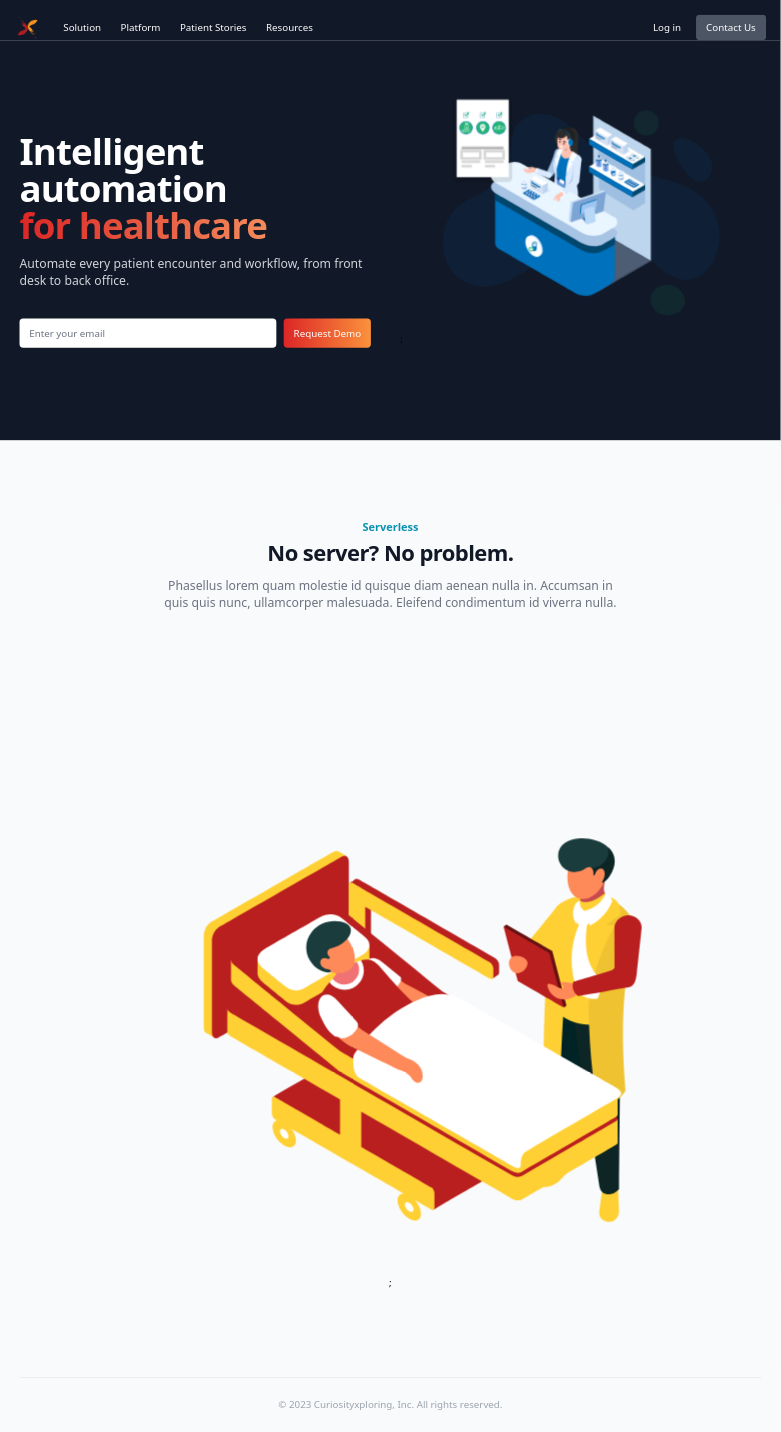
Repository: VinceBrun/medical-web3-app
Page: /
These files come from the project's save history. The page is drawn as it stood at one moment and after the next save; the edit follows.
The browser window is 1280 px wide. The pictures show the whole page, at 61% of full size.
The project was rebuilt for these pictures with package versions that can differ from the ones it lists, and the page was loaded fresh each time. The framework's server and built-in components were replaced by stand-ins that run in the browser. Also part of the build but not shown: next.config.js, styles/Home.module.css.

Above is the page before, as saved 2023-01-12 16:37:25.

### pages/index.js
import Head from "next/head";
import Image from "next/image";
import { Inter } from "@next/font/google";
import styles from "../styles/Home.module.css";
import Landing from "../components/Landing";

const inter = Inter({ subsets: ["latin"] });

export default function Home() {
  return (
    <>
      <Head>
        <title>Medical Records</title>
        <meta
          name="description"
          content="Medical Records kept safe on the blockchain"
        />
        <meta name="viewport" content="width=device-width, initial-scale=1" />
        <link rel="icon" href="/images/favicon.ico" />
      </Head>
      <main className="">
        <Landing />
      </main>
    </>
  );
}

### components/Landing.jsx
import React from "react";
import { Fragment } from "react";
import { Popover, Transition } from "@headlessui/react";
import {
  ArrowPathIcon,
  Bars3Icon,
  CloudArrowUpIcon,
  CogIcon,
  LockClosedIcon,
  ServerIcon,
  ShieldCheckIcon,
  XMarkIcon,
} from "@heroicons/react/24/outline";
import {
  ArrowTopRightOnSquareIcon,
  ChevronRightIcon,
} from "@heroicons/react/20/solid";
import Lottie from "lottie-react";
import medicalanimation from "../public/images/medicalanimation.json";
import medicalpatient from "../public/images/medicalpatient.json";
import onlinemedicalanimation from "../public/images/onlinemedicalanimation.json";

const navigation = [
  { name: "Solution", href: "#" },
  { name: "Platform", href: "#" },
  { name: "Patient Stories", href: "#" },
  { name: "Resources", href: "#" },
];
const features = [
  {
    name: "Push to Deploy",
    description:
      "Ac tincidunt sapien vehicula erat auctor pellentesque rhoncus. Et magna sit morbi vitae lobortis.",
    icon: CloudArrowUpIcon,
  },
  {
    name: "SSL Certificates",
    description:
      "Qui aut temporibus nesciunt vitae dicta repellat sit dolores pariatur. Temporibus qui illum aut.",
    icon: LockClosedIcon,
  },
  {
    name: "Simple Queues",
    description:
      "Rerum quas incidunt deleniti quaerat suscipit mollitia. Amet repellendus ut odit dolores qui.",
    icon: ArrowPathIcon,
  },
  {
    name: "Advanced Security",
    description:
      "Ullam laboriosam est voluptatem maxime ut mollitia commodi. Et dignissimos suscipit perspiciatis.",
    icon: ShieldCheckIcon,
  },
  {
    name: "Powerful API",
    description:
      "Ab a facere voluptatem in quia corrupti veritatis aliquam. Veritatis labore quaerat ipsum quaerat id.",
    icon: CogIcon,
  },
  {
    name: "Database Backups",
    description:
      "Quia qui et est officia cupiditate qui consectetur. Ratione similique et impedit ea ipsum et.",
    icon: ServerIcon,
  },
];
const blogPosts = [
  {
    id: 1,
    title: "Boost your conversion rate",
    href: "#",
    date: "Mar 16, 2020",
    datetime: "2020-03-16",
    category: { name: "Article", href: "#" },
    imageUrl:
      "https://images.unsplash.com/photo-1496128858413-b36217c2ce36?ixlib=rb-1.2.1&ixid=eyJhcHBfaWQiOjEyMDd9&auto=format&fit=crop&w=1679&q=80",
    preview:
      "Lorem ipsum dolor sit amet consectetur adipisicing elit. Architecto accusantium praesentium eius, ut atque fuga culpa, similique sequi cum eos quis dolorum.",
    author: {
      name: "Roel Aufderehar",
      imageUrl:
        "https://images.unsplash.com/photo-1472099645785-5658abf4ff4e?ixlib=rb-1.2.1&ixid=eyJhcHBfaWQiOjEyMDd9&auto=format&fit=facearea&facepad=2&w=256&h=256&q=80",
      href: "#",
    },
    readingLength: "6 min",
  },
  {
    id: 2,
    title: "How to use search engine optimization to drive sales",
    href: "#",
    date: "Mar 10, 2020",
    datetime: "2020-03-10",
    category: { name: "Video", href: "#" },
    imageUrl:
      "https://images.unsplash.com/photo-1547586696-ea22b4d4235d?ixlib=rb-1.2.1&ixid=eyJhcHBfaWQiOjEyMDd9&auto=format&fit=crop&w=1679&q=80",
    preview:
      "Lorem ipsum dolor sit amet consectetur adipisicing elit. Velit facilis asperiores porro quaerat doloribus, eveniet dolore. Adipisci tempora aut inventore optio animi., tempore temporibus quo laudantium.",
    author: {
      name: "Brenna Goyette",
      imageUrl:
        "https://images.unsplash.com/photo-1550525811-e5869dd03032?ixlib=rb-1.2.1&ixid=eyJhcHBfaWQiOjEyMDd9&auto=format&fit=facearea&facepad=2&w=256&h=256&q=80",
      href: "#",
    },
    readingLength: "4 min",
  },
  {
    id: 3,
    title: "Improve your customer experience",
    href: "#",
    date: "Feb 12, 2020",
    datetime: "2020-02-12",
    category: { name: "Case Study", href: "#" },
    imageUrl:
      "https://images.unsplash.com/photo-1492724441997-5dc865305da7?ixlib=rb-1.2.1&ixid=eyJhcHBfaWQiOjEyMDd9&auto=format&fit=crop&w=1679&q=80",
    preview:
      "Lorem ipsum dolor sit amet consectetur adipisicing elit. Sint harum rerum voluptatem quo recusandae magni placeat saepe molestiae, sed excepturi cumque corporis perferendis hic.",
    author: {
      name: "Daniela Metz",
      imageUrl:
        "https://images.unsplash.com/photo-1487412720507-e7ab37603c6f?ixlib=rb-1.2.1&ixid=eyJhcHBfaWQiOjEyMDd9&auto=format&fit=facearea&facepad=2&w=256&h=256&q=80",
      href: "#",
    },
    readingLength: "11 min",
  },
];
const footerNavigation = {
  solutions: [
    { name: "Marketing", href: "#" },
    { name: "Analytics", href: "#" },
    { name: "Commerce", href: "#" },
    { name: "Insights", href: "#" },
  ],
  support: [
    { name: "Pricing", href: "#" },
    { name: "Documentation", href: "#" },
    { name: "Guides", href: "#" },
    { name: "API Status", href: "#" },
  ],
  company: [
    { name: "About", href: "#" },
    { name: "Blog", href: "#" },
    { name: "Jobs", href: "#" },
    { name: "Press", href: "#" },
    { name: "Partners", href: "#" },
  ],
  legal: [
    { name: "Claim", href: "#" },
    { name: "Privacy", href: "#" },
    { name: "Terms", href: "#" },
  ],
  social: [
    {
      name: "Facebook",
      href: "#",
      icon: (props) => (
        <svg fill="currentColor" viewBox="0 0 24 24" {...props}>
          <path
            fillRule="evenodd"
            d="M22 12c0-5.523-4.477-10-10-10S2 6.477 2 12c0 4.991 3.657 9.128 8.438 9.878v-6.987h-2.54V12h2.54V9.797c0-2.506 1.492-3.89 3.777-3.89 1.094 0 2.238.195 2.238.195v2.46h-1.26c-1.243 0-1.63.771-1.63 1.562V12h2.773l-.443 2.89h-2.33v6.988C18.343 21.128 22 16.991 22 12z"
            clipRule="evenodd"
          />
        </svg>
      ),
    },
    {
      name: "Instagram",
      href: "#",
      icon: (props) => (
        <svg fill="currentColor" viewBox="0 0 24 24" {...props}>
          <path
            fillRule="evenodd"
            d="M12.315 2c2.43 0 2.784.013 3.808.06 1.064.049 1.791.218 2.427.465a4.902 4.902 0 011.772 1.153 4.902 4.902 0 011.153 1.772c.247.636.416 1.363.465 2.427.048 1.067.06 1.407.06 4.123v.08c0 2.643-.012 2.987-.06 4.043-.049 1.064-.218 1.791-.465 2.427a4.902 4.902 0 01-1.153 1.772 4.902 4.902 0 01-1.772 1.153c-.636.247-1.363.416-2.427.465-1.067.048-1.407.06-4.123.06h-.08c-2.643 0-2.987-.012-4.043-.06-1.064-.049-1.791-.218-2.427-.465a4.902 4.902 0 01-1.772-1.153 4.902 4.902 0 01-1.153-1.772c-.247-.636-.416-1.363-.465-2.427-.047-1.024-.06-1.379-.06-3.808v-.63c0-2.43.013-2.784.06-3.808.049-1.064.218-1.791.465-2.427a4.902 4.902 0 011.153-1.772A4.902 4.902 0 015.45 2.525c.636-.247 1.363-.416 2.427-.465C8.901 2.013 9.256 2 11.685 2h.63zm-.081 1.802h-.468c-2.456 0-2.784.011-3.807.058-.975.045-1.504.207-1.857.344-.467.182-.8.398-1.15.748-.35.35-.566.683-.748 1.15-.137.353-.3.882-.344 1.857-.047 1.023-.058 1.351-.058 3.807v.468c0 2.456.011 2.784.058 3.807.045.975.207 1.504.344 1.857.182.466.399.8.748 1.15.35.35.683.566 1.15.748.353.137.882.3 1.857.344 1.054.048 1.37.058 4.041.058h.08c2.597 0 2.917-.01 3.96-.058.976-.045 1.505-.207 1.858-.344.466-.182.8-.398 1.15-.748.35-.35.566-.683.748-1.15.137-.353.3-.882.344-1.857.048-1.055.058-1.37.058-4.041v-.08c0-2.597-.01-2.917-.058-3.96-.045-.976-.207-1.505-.344-1.858a3.097 3.097 0 00-.748-1.15 3.098 3.098 0 00-1.15-.748c-.353-.137-.882-.3-1.857-.344-1.023-.047-1.351-.058-3.807-.058zM12 6.865a5.135 5.135 0 110 10.27 5.135 5.135 0 010-10.27zm0 1.802a3.333 3.333 0 100 6.666 3.333 3.333 0 000-6.666zm5.338-3.205a1.2 1.2 0 110 2.4 1.2 1.2 0 010-2.4z"
            clipRule="evenodd"
          />
        </svg>
      ),
    },
    {
      name: "Twitter",
      href: "#",
      icon: (props) => (
        <svg fill="currentColor" viewBox="0 0 24 24" {...props}>
          <path d="M8.29 20.251c7.547 0 11.675-6.253 11.675-11.675 0-.178 0-.355-.012-.53A8.348 8.348 0 0022 5.92a8.19 8.19 0 01-2.357.646 4.118 4.118 0 001.804-2.27 8.224 8.224 0 01-2.605.996 4.107 4.107 0 00-6.993 3.743 11.65 11.65 0 01-8.457-4.287 4.106 4.106 0 001.27 5.477A4.072 4.072 0 012.8 9.713v.052a4.105 4.105 0 003.292 4.022 4.095 4.095 0 01-1.853.07 4.108 4.108 0 003.834 2.85A8.233 8.233 0 012 18.407a11.616 11.616 0 006.29 1.84" />
        </svg>
      ),
    },
    {
      name: "GitHub",
      href: "#",
      icon: (props) => (
        <svg fill="currentColor" viewBox="0 0 24 24" {...props}>
          <path
            fillRule="evenodd"
            d="M12 2C6.477 2 2 6.484 2 12.017c0 4.425 2.865 8.18 6.839 9.504.5.092.682-.217.682-.483 0-.237-.008-.868-.013-1.703-2.782.605-3.369-1.343-3.369-1.343-.454-1.158-1.11-1.466-1.11-1.466-.908-.62.069-.608.069-.608 1.003.07 1.531 1.032 1.531 1.032.892 1.53 2.341 1.088 2.91.832.092-.647.35-1.088.636-1.338-2.22-.253-4.555-1.113-4.555-4.951 0-1.093.39-1.988 1.029-2.688-.103-.253-.446-1.272.098-2.65 0 0 .84-.27 2.75 1.026A9.564 9.564 0 0112 6.844c.85.004 1.705.115 2.504.337 1.909-1.296 2.747-1.027 2.747-1.027.546 1.379.202 2.398.1 2.651.64.7 1.028 1.595 1.028 2.688 0 3.848-2.339 4.695-4.566 4.943.359.309.678.92.678 1.855 0 1.338-.012 2.419-.012 2.747 0 .268.18.58.688.482A10.019 10.019 0 0022 12.017C22 6.484 17.522 2 12 2z"
            clipRule="evenodd"
          />
        </svg>
      ),
    },
    {
      name: "Dribbble",
      href: "#",
      icon: (props) => (
        <svg fill="currentColor" viewBox="0 0 24 24" {...props}>
          <path
            fillRule="evenodd"
            d="M12 2C6.48 2 2 6.48 2 12s4.48 10 10 10c5.51 0 10-4.48 10-10S17.51 2 12 2zm6.605 4.61a8.502 8.502 0 011.93 5.314c-.281-.054-3.101-.629-5.943-.271-.065-.141-.12-.293-.184-.445a25.416 25.416 0 00-.564-1.236c3.145-1.28 4.577-3.124 4.761-3.362zM12 3.475c2.17 0 4.154.813 5.662 2.148-.152.216-1.443 1.941-4.48 3.08-1.399-2.57-2.95-4.675-3.189-5A8.687 8.687 0 0112 3.475zm-3.633.803a53.896 53.896 0 013.167 4.935c-3.992 1.063-7.517 1.04-7.896 1.04a8.581 8.581 0 014.729-5.975zM3.453 12.01v-.26c.37.01 4.512.065 8.775-1.215.25.477.477.965.694 1.453-.109.033-.228.065-.336.098-4.404 1.42-6.747 5.303-6.942 5.629a8.522 8.522 0 01-2.19-5.705zM12 20.547a8.482 8.482 0 01-5.239-1.8c.152-.315 1.888-3.656 6.703-5.337.022-.01.033-.01.054-.022a35.318 35.318 0 011.823 6.475 8.4 8.4 0 01-3.341.684zm4.761-1.465c-.086-.52-.542-3.015-1.659-6.084 2.679-.423 5.022.271 5.314.369a8.468 8.468 0 01-3.655 5.715z"
            clipRule="evenodd"
          />
        </svg>
      ),
    },
  ],
};

export default function Landing() {
  return (
    <div className="bg-white">
      <div className="relative overflow-hidden">
        <Popover as="header" className="relative">
          <div className="bg-gray-900 pt-6">
            <nav
              className="relative mx-auto flex max-w-7xl items-center justify-between px-4 sm:px-6"
              aria-label="Global"
            >
              <div className="flex flex-1 items-center">
                <div className="flex w-full items-center justify-between md:w-auto">
                  <a href="#">
                    <span className="sr-only">Curioosityxploring</span>
                    <img
                      className="h-8 w-auto sm:h-10"
                      src="/images/curiositylogo.png"
                      alt=""
                    />
                  </a>
                  <div className="-mr-2 flex items-center md:hidden">
                    <Popover.Button className="focus-ring-inset inline-flex items-center justify-center rounded-md bg-gray-900 p-2 text-gray-400 hover:bg-gray-800 focus:outline-none focus:ring-2 focus:ring-white">
                      <span className="sr-only">Open main menu</span>
                      <Bars3Icon className="h-6 w-6" aria-hidden="true" />
                    </Popover.Button>
                  </div>
                </div>
                <div className="hidden space-x-8 md:ml-10 md:flex">
                  {navigation.map((item) => (
                    <a
                      key={item.name}
                      href={item.href}
                      className="text-base font-medium text-white hover:text-gray-300"
                    >
                      {item.name}
                    </a>
                  ))}
                </div>
              </div>
              <div className="hidden md:flex md:items-center md:space-x-6">
                <a
                  href="#"
                  className="text-base font-medium text-white hover:text-gray-300"
                >
                  Log in
                </a>
                <a
                  href="#"
                  className="inline-flex items-center rounded-md border border-transparent bg-gray-600 px-4 py-2 text-base font-medium text-white hover:bg-gray-700"
                >
                  Contact Us
                </a>
              </div>
            </nav>
          </div>

          <Transition
            as={Fragment}
            enter="duration-150 ease-out"
            enterFrom="opacity-0 scale-95"
            enterTo="opacity-100 scale-100"
            leave="duration-100 ease-in"
            leaveFrom="opacity-100 scale-100"
            leaveTo="opacity-0 scale-95"
          >
            <Popover.Panel
              focus
              className="absolute inset-x-0 top-0 origin-top transform p-2 transition md:hidden"
            >
              <div className="overflow-hidden rounded-lg bg-white shadow-md ring-1 ring-black ring-opacity-5">
                <div className="flex items-center justify-between px-5 pt-4">
                  <div>
                    <img
                      className="h-8 w-auto"
                      src="/images/curiositylogo.png"
                      alt=""
                    />
                  </div>
                  <div className="-mr-2">
                    <Popover.Button className="inline-flex items-center justify-center rounded-md bg-white p-2 text-gray-400 hover:bg-gray-100 focus:outline-none focus:ring-2 focus:ring-inset focus:ring-cyan-600">
                      <span className="sr-only">Close menu</span>
                      <XMarkIcon className="h-6 w-6" aria-hidden="true" />
                    </Popover.Button>
                  </div>
                </div>
                <div className="pt-5 pb-6">
                  <div className="space-y-1 px-2">
                    {navigation.map((item) => (
                      <a
                        key={item.name}
                        href={item.href}
                        className="block rounded-md px-3 py-2 text-base font-medium text-gray-900 hover:bg-gray-50"
                      >
                        {item.name}
                      </a>
                    ))}
                  </div>
                  <div className="mt-6 px-5">
                    <a
                      href="#"
                      className="block w-full rounded-md bg-gradient-to-r from-orange-500 to-red-800 py-3 px-4 text-center font-medium text-white shadow hover:from-teal-600 hover:to-cyan-700"
                    >
                      Contact Us
                    </a>
                  </div>
                  <div className="mt-6 px-5">
                    <p className="text-center text-base font-medium text-gray-500">
                      Existing customer?{" "}
                      <a href="#" className="text-gray-900 hover:underline">
                        Login
                      </a>
                    </p>
                  </div>
                </div>
              </div>
            </Popover.Panel>
          </Transition>
        </Popover>
        <main>
          <div className="bg-gray-900 pt-10 sm:pt-16 lg:overflow-hidden lg:pt-8 lg:pb-14">
            <div className="mx-auto max-w-7xl lg:px-8">
              <div className="lg:grid lg:grid-cols-2 lg:gap-8">
                <div className="mx-auto max-w-md px-4 sm:max-w-2xl sm:px-6 sm:text-center lg:flex lg:items-center lg:px-0 lg:text-left">
                  <div className="lg:py-24">
                    <h1 className="mt-4 text-4xl font-bold tracking-tight text-white sm:mt-5 sm:text-6xl lg:mt-6 xl:text-6xl">
                      <span className="block">Intelligent automation</span>
                      <span className="block bg-gradient-to-r from-red-600 to-orange-300 bg-clip-text pb-3 text-transparent sm:pb-5">
                        for healthcare
                      </span>
                    </h1>
                    <p className="text-base text-gray-300 sm:text-xl lg:text-lg xl:text-xl">
                      Automate every patient encounter and workflow, from front
                      desk to back office.
                    </p>
                    <div className="mt-10 sm:mt-12">
                      <form
                        action="#"
                        className="sm:mx-auto sm:max-w-xl lg:mx-0"
                      >
                        <div className="sm:flex">
                          <div className="min-w-0 flex-1">
                            <label htmlFor="email" className="sr-only">
                              Email address
                            </label>
                            <input
                              id="email"
                              type="email"
                              placeholder="Enter your email"
                              className="block w-full rounded-md border-0 px-4 py-3 text-base text-gray-900 placeholder-gray-500 focus:outline-none focus:ring-2 focus:ring-cyan-400 focus:ring-offset-2 focus:ring-offset-gray-900"
                            />
                          </div>
                          <div className="mt-3 sm:mt-0 sm:ml-3">
                            <button
                              type="submit"
                              className="block w-full rounded-md bg-gradient-to-r from-red-600 to-orange-400 py-3 px-4 font-medium text-white shadow hover:from-teal-600 hover:to-cyan-700 focus:outline-none focus:ring-2 focus:ring-cyan-400 focus:ring-offset-2 focus:ring-offset-gray-900"
                            >
                              Request Demo
                            </button>
                          </div>
                        </div>
                      </form>
                    </div>
                  </div>
                </div>
                <div className="mt-12 -mb-16 sm:-mb-48 lg:relative lg:m-0">
                  {/* <div className="mx-auto max-w-md px-4 sm:max-w-2xl sm:px-6 lg:max-w-none lg:px-0">
                    <img
                      className="w-full lg:absolute lg:inset-y-0 lg:left-0 lg:h-full lg:w-auto lg:max-w-none"
                      src="/images/pharmacy.mp4"
                      alt=""
                    />
                  </div> */}
                  <Lottie animationData={medicalanimation} loop={true} />;
                  {/* <Lottie animationData={onlinemedicalanimation} loop={true} /> */}
                </div>
              </div>
            </div>
          </div>

          {/* Feature section with screenshot */}
          <div className="relative bg-gray-50 pt-16 sm:pt-24 lg:pt-32">
            <div className="mx-auto max-w-md px-6 text-center sm:max-w-3xl lg:max-w-7xl lg:px-8">
              <div>
                <h2 className="text-lg font-semibold text-cyan-600">
                  Serverless
                </h2>
                <p className="mt-2 text-3xl font-bold tracking-tight text-gray-900 sm:text-4xl">
                  No server? No problem.
                </p>
                <p className="mx-auto mt-5 max-w-prose text-xl text-gray-500">
                  Phasellus lorem quam molestie id quisque diam aenean nulla in.
                  Accumsan in quis quis nunc, ullamcorper malesuada. Eleifend
                  condimentum id viverra nulla.
                </p>
              </div>
              <div className=" p-32 sm:-mb-24 ">
                <Lottie animationData={medicalpatient} loop={true} />;
              </div>
            </div>
          </div>

          {/* Feature section with grid */}

          {/* Testimonial section */}

          {/* Blog section */}

          {/* CTA Section */}
        </main>
        <footer className="bg-gray-50" aria-labelledby="footer-heading">
          <h2 id="footer-heading" className="sr-only">
            Footer
          </h2>
          <div className="mx-auto max-w-md px-4 pt-12 sm:max-w-7xl sm:px-6 lg:px-8 lg:pt-16">
            <div className="xl:grid xl:grid-cols-3 xl:gap-8"></div>
            <div className="mt-12 border-t border-gray-200 py-8">
              <p className="text-base text-gray-400 xl:text-center">
                &copy; 2023 Curiosityxploring, Inc. All rights reserved.
              </p>
            </div>
          </div>
        </footer>
      </div>
    </div>
  );
}

Loaded but not shown: pages/_app.js (common file); pages/_document.js (common file); styles/globals.css (common file); tailwind.config.js (common file); public/images/medicalanimation.json (1 lines, source omitted); public/images/onlinemedicalanimation.json (1 lines, source omitted); public/images/medicalpatient.json (1 lines, source omitted)

After the next save:
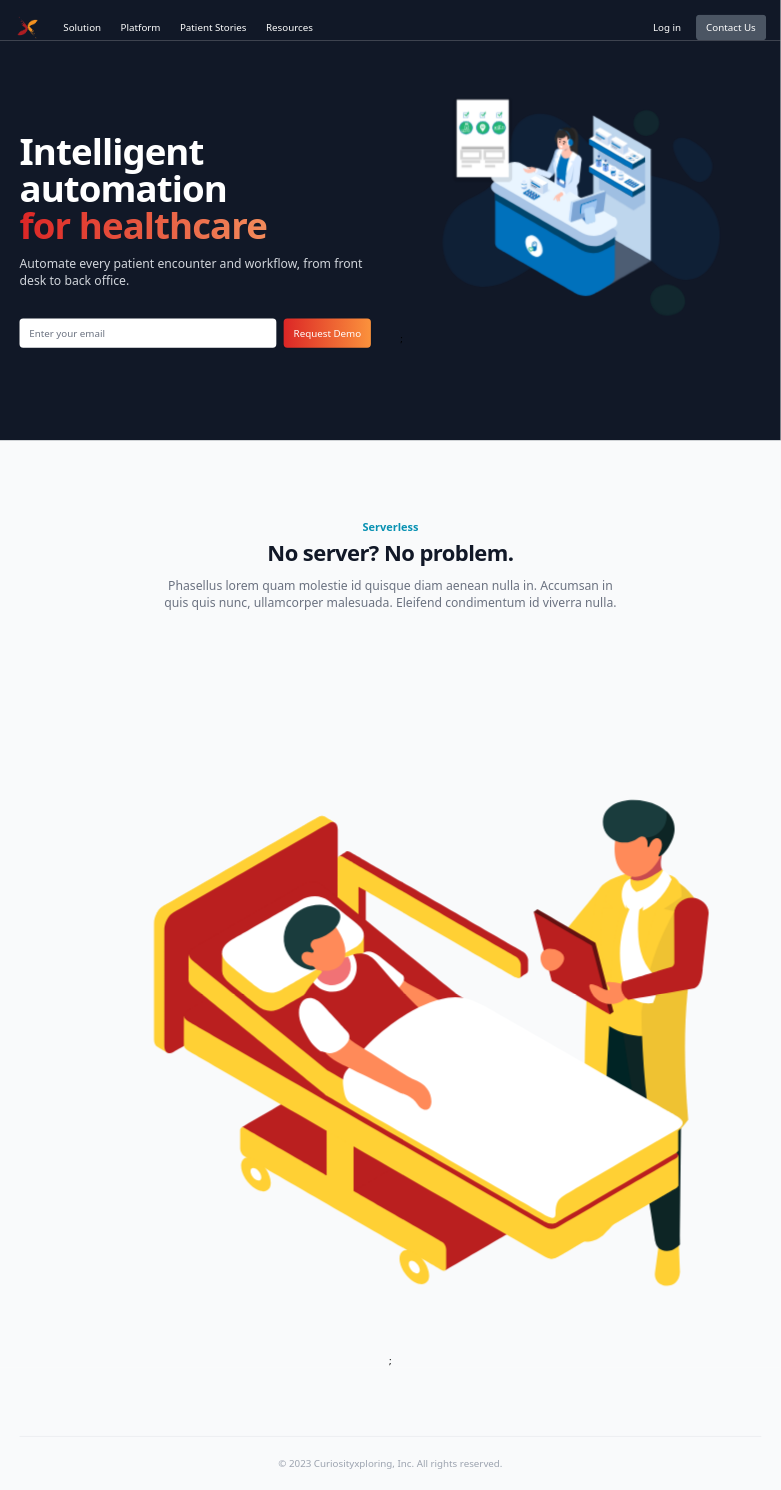
Saved 8 s later.
--- a/components/Landing.jsx
+++ b/components/Landing.jsx
@@ -408,7 +408,7 @@ export default function Landing() {
                   condimentum id viverra nulla.
                 </p>
               </div>
-              <div className=" p-32 sm:-mb-24 ">
+              <div className="">
                 <Lottie animationData={medicalpatient} loop={true} />;
               </div>
             </div>
